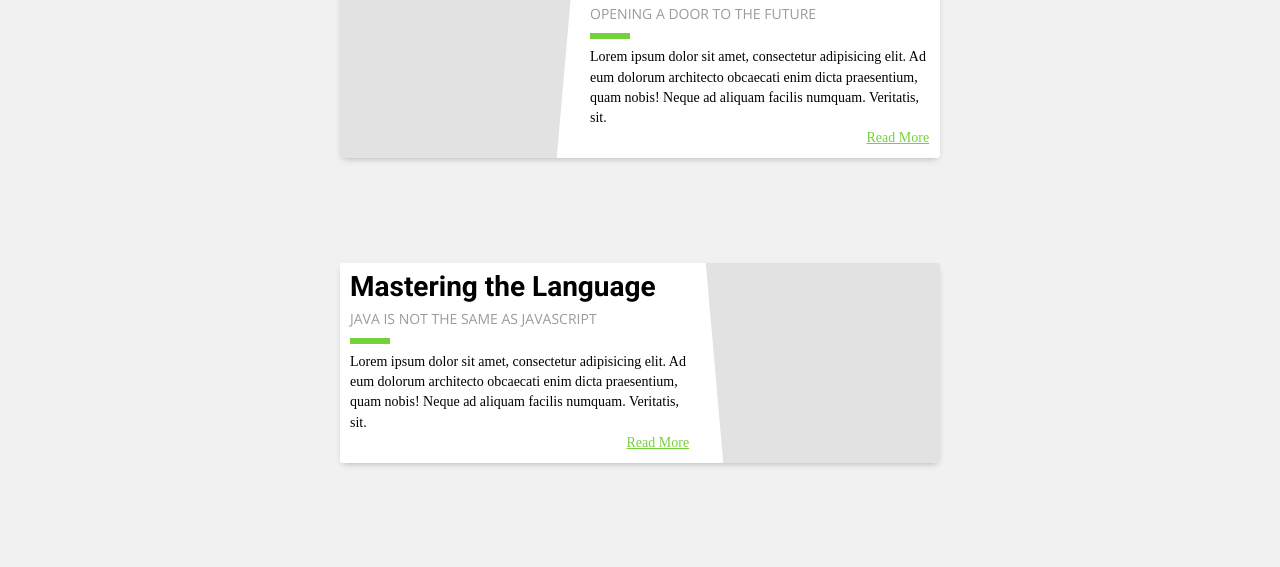
Repository: ChenGinsberg/BatyaLamed-site
Page: index.html
These files come from the project's save history. The page is drawn as it stood at one moment and after the next save; the edit follows.
The browser window is 1280 px wide. The pictures show the part of the page from y = 469 to 1226 px (the page is 1036 px tall before and 1226 px after).
Pictures or frames that could not be fetched are drawn as grey boxes. A picture or video elsewhere on the page could not be fetched, so the positions and the page height are approximate.

Above is the page before, as saved 2017-11-10 23:28:02.

### index.html
<!DOCTYPE html>
<html lang="en">

<head>
    <meta charset="UTF-8">
    <meta name="viewport" content="width=device-width, initial-scale=1.0">
    <meta http-equiv="X-UA-Compatible" content="ie=edge">
    <title>Batya</title>
    <script type="text/javascript" src="http://app.sliderui.com/sliders/zrkchs.js"></script>
</head>

<body lang="rtl">
    <!-- nav-bar -->
    <nav class="navbar-blue">
        <img src="image/batyaLogo.png" class="logo-nav">
        <img src="image/message.svg" class="nav-svg-icon">
        <img src="image/information.svg" class="nav-svg-icon">
        <img src="image/recommended.svg" class="nav-svg-icon">
        <img src="image/house.svg" class="nav-svg-icon">
        <br>
        <a class="nav-iconn">עמוד הבית</a>
        <a class="nav-iconn">המלצות</a>
        <a class="nav-iconn">מידע לנהג</a>
        <a class="nav-iconn">צור קשר</a>
    </nav>
    <!-- slider - somthing borrow the nav to be fixed -->
    <div class="container">
        <img class='photo' src="http://farm9.staticflickr.com/8320/8035372009_7075c719d9.jpg" alt="" />
        <img class='photo' src="http://farm9.staticflickr.com/8517/8562729616_35b1384aa1.jpg" alt="" />
        <img class='photo' src="http://farm9.staticflickr.com/8465/8113424031_72048dd887.jpg" alt="" />
        <img class='photo' src="http://farm9.staticflickr.com/8241/8562523343_9bb49b7b7b.jpg" alt="" />
    </div>
    <!-- infoBox -->
    <div class="blog-card">
        <div class="photo photo1"></div>
        <ul class="details">
            <li class="author">
                <a href="#">John Doe</a>
            </li>
            <li class="date">Aug. 24, 2015</li>
            <li class="tags">
                <ul>
                    <li>
                        <a href="#">Learn</a>
                    </li>
                    <li>
                        <a href="#">Code</a>
                    </li>
                    <li>
                        <a href="#">HTML</a>
                    </li>
                    <li>
                        <a href="#">CSS</a>
                    </li>
                </ul>
            </li>
        </ul>
        <div class="description">
            <h1>Learning to Code</h1>
            <h2>Opening a door to the future</h2>
            <p class="summary">Lorem ipsum dolor sit amet, consectetur adipisicing elit. Ad eum dolorum architecto obcaecati enim dicta praesentium,
                quam nobis! Neque ad aliquam facilis numquam. Veritatis, sit.</p>
            <a href="#">Read More</a>
        </div>
    </div>
    <div class="blog-card alt">
        <div class="photo photo2"></div>
        <ul class="details">
            <li class="author">
                <a href="#">Jane Doe</a>
            </li>
            <li class="date">July. 15, 2015</li>
            <li class="tags">
                <ul>
                    <li>
                        <a href="#">Learn</a>
                    </li>
                    <li>
                        <a href="#">Code</a>
                    </li>
                    <li>
                        <a href="#">JavaScript</a>
                    </li>
                </ul>
            </li>
        </ul>
        <div class="description">
            <h1>Mastering the Language</h1>
            <h2>Java is not the same as JavaScript</h2>
            <p class="summary">Lorem ipsum dolor sit amet, consectetur adipisicing elit. Ad eum dolorum architecto obcaecati enim dicta praesentium,
                quam nobis! Neque ad aliquam facilis numquam. Veritatis, sit.</p>
            <a href="#">Read More</a>
        </div>
    </div>
    <link rel="stylesheet" type="text/css" href="style/style.css">
    <link rel="stylesheet" type="text/css" href="style/nav.css">
    <link rel="stylesheet" type="text/css" href="style/slider.css">
    <link rel="stylesheet" type="text/css" href="style/infoBox.css">

</body>

</html>

### style/style.css
body {
    background-color: lightgray;
}


/* NAV */

.navbar-blue {
    background-color: #012231;
    min-height: 80px;
}

.logo-nav {
    height: 75px;
    position: absolute;
}

.nav-svg-icon {
    height: 25.6px;
    position: relative;
    left: 24.9%;
    margin: 3.6% 37px 10px 10px;
}

.nav-iconn {
    margin-right: 1%;
    font-family: "Open Sans Hebrew", "Helvetica Neue", Helvetica, Arial, sans-serif;
    color: white;
    position: relative;
    left: 24.6%;
    font-size: 0.83em;
    border-radius: 3px;
    transition: all 0.3s ease;
    padding-right: 5.5%;
    /* */
}

.nav-iconn:hover {
    background: red;
}

### style/nav.css
/* NAV */

.navbar-blue {
    background-color: #012231;
    min-height: 80px;
}

.logo-nav {
    height: 75px;
    position: absolute;
}

.nav-svg-icon {
    height: 25.6px;
    position: relative;
    left: 24.9%;
    margin: 3.6% 37px 10px 10px;
}

.nav-iconn {
    margin-right: 1%;
    font-family: "Open Sans Hebrew", "Helvetica Neue", Helvetica, Arial, sans-serif;
    color: white;
    position: relative;
    left: 24.6%;
    font-size: 0.83em;
    border-radius: 3px;
    transition: all 0.3s ease;
    padding-right: 5.5%;
    /* */
}

.nav-iconn:hover {
    background: red;
}

### style/slider.css
.container {
    margin: 16px auto;
    width: 93%;
    height: 250PX;
    overflow: hidden;
    /* border: 8px solid; */
    position: relative;
    box-shadow: 2px 7px 36px 0px #012231;
}

.photo {
    position: absolute;
    animation: round 16s infinite;
    opacity: 0;
    max-width: 100%;
}

@keyframes round {
    25% {
        opacity: 1;
    }
    40% {
        opacity: 0;
    }
}

img:nth-child(1) {
    animation-delay: 12s;
}

img:nth-child(2) {
    animation-delay: 8s;
}

img:nth-child(3) {
    animation-delay: 4s;
}

img:nth-child(4) {
    animation-delay: 0s;
}

\

### style/infoBox.css
@import url(https://fonts.googleapis.com/css?family=Open+Sans:400,700|Roboto:400,700);
body {
    background: #f1f1f1;
    margin: 2rem;
}

.blog-card {
    transition: height 0.3s ease;
    -webkit-transition: height 0.3s ease;
    background: #fff;
    border-radius: 3px;
    box-shadow: 0 3px 7px -3px rgba(0, 0, 0, 0.3);
    margin: 28px auto 8.6%;
    overflow: hidden;
    position: relative;
    font-size: 14px;
    line-height: 1.45em;
    -webkit-font-smoothing: antialiased;
    -moz-osx-font-smoothing: grayscale;
}

.blog-card:hover .details {
    left: 0;
}

.blog-card:hover.alt .details {
    right: 0;
}

.blog-card.alt .details {
    right: -100%;
    left: inherit;
}

.blog-card .photo {
    height: 200px;
    position: relative;
}

.blog-card .photo.photo1 {
    background: url("http://i62.tinypic.com/34oq4o0.jpg") center no-repeat;
    background-size: cover;
}

.blog-card .photo.photo2 {
    background: url("http://i60.tinypic.com/xeiv79.jpg") center no-repeat;
    background-size: cover;
}

.blog-card .details {
    transition: all 0.3s ease;
    -webkit-transition: all 0.3s ease;
    background: rgba(0, 0, 0, 0.6);
    box-sizing: border-box;
    color: #fff;
    font-family: "Open Sans";
    list-style: none;
    margin: 0;
    padding: 10px 15px;
    height: 200px;
    /*POSITION*/
    position: absolute;
    top: 0;
    left: -100%;
}

.blog-card .details>li {
    padding: 3px 0;
}

.blog-card .details li:before,
.blog-card .details .tags ul:before {
    font-family: FontAwesome;
    margin-right: 10px;
    vertical-align: middle;
}

.blog-card .details .author:before {
    content: "\f007";
}

.blog-card .details .date:before {
    content: "\f133";
}

.blog-card .details .tags ul {
    list-style: none;
    margin: 0;
    padding: 0;
}

.blog-card .details .tags ul:before {
    content: "\f02b";
}

.blog-card .details .tags li {
    display: inline-block;
    margin-right: 3px;
}

.blog-card .details a {
    color: inherit;
    border-bottom: 1px dotted;
}

.blog-card .details a:hover {
    color: #75D13B;
}

.blog-card .description {
    padding: 10px;
    box-sizing: border-box;
    position: relative;
}

.blog-card .description h1 {
    font-family: "Roboto";
    line-height: 1em;
    margin: 0 0 10px 0;
}

.blog-card .description h2 {
    color: #9b9b9b;
    font-family: "Open Sans";
    line-height: 1.2em;
    text-transform: uppercase;
    font-size: 1em;
    font-weight: 400;
    margin: 1.2% 0;
}

.blog-card .description p {
    position: relative;
    margin: 0;
    padding-top: 20px;
}

.blog-card .description p:after {
    content: "";
    background: #75D13B;
    height: 6px;
    width: 40px;
    /*POSITION*/
    position: absolute;
    top: 6px;
    left: 0;
}

.blog-card .description a {
    color: #75D13B;
    margin-bottom: 10px;
    float: right;
}

.blog-card .description a:after {
    transition: all 0.3s ease;
    -webkit-transition: all 0.3s ease;
    content: "\f061";
    font-family: FontAwesome;
    margin-left: -10px;
    opacity: 0;
    vertical-align: middle;
}

.blog-card .description a:hover:after {
    margin-left: 5px;
    opacity: 1;
}

@media screen and (min-width: 600px) {
    .blog-card {
        height: 200px;
        max-width: 600px;
    }
    .blog-card:hover .photo {
        -webkit-transform: rotate(5deg) scale(1.3);
        transform: rotate(5deg) scale(1.3);
    }
    .blog-card:hover.alt .photo {
        -webkit-transform: rotate(-5deg) scale(1.3);
        transform: rotate(-5deg) scale(1.3);
    }
    .blog-card.alt .details {
        padding-left: 30px;
    }
    .blog-card.alt .description {
        float: right;
    }
    .blog-card.alt .description:before {
        -webkit-transform: skewX(5deg);
        transform: skewX(5deg);
        right: -15px;
        left: inherit;
    }
    .blog-card.alt .photo {
        float: right;
    }
    .blog-card .photo {
        transition: all 0.5s ease;
        -webkit-transition: all 0.5s ease;
        float: left;
        height: 100%;
        width: 40%;
    }
    .blog-card .details {
        width: 40%;
    }
    .blog-card .description {
        float: left;
        width: 60%;
        z-index: 0;
    }
    .blog-card .description:before {
        -webkit-transform: skewX(-5deg);
        transform: skewX(-5deg);
        content: "";
        background: #fff;
        width: 100%;
        z-index: -1;
        /*POSITION*/
        position: absolute;
        left: -15px;
        top: 0;
        bottom: 0;
    }
}

After the next save:
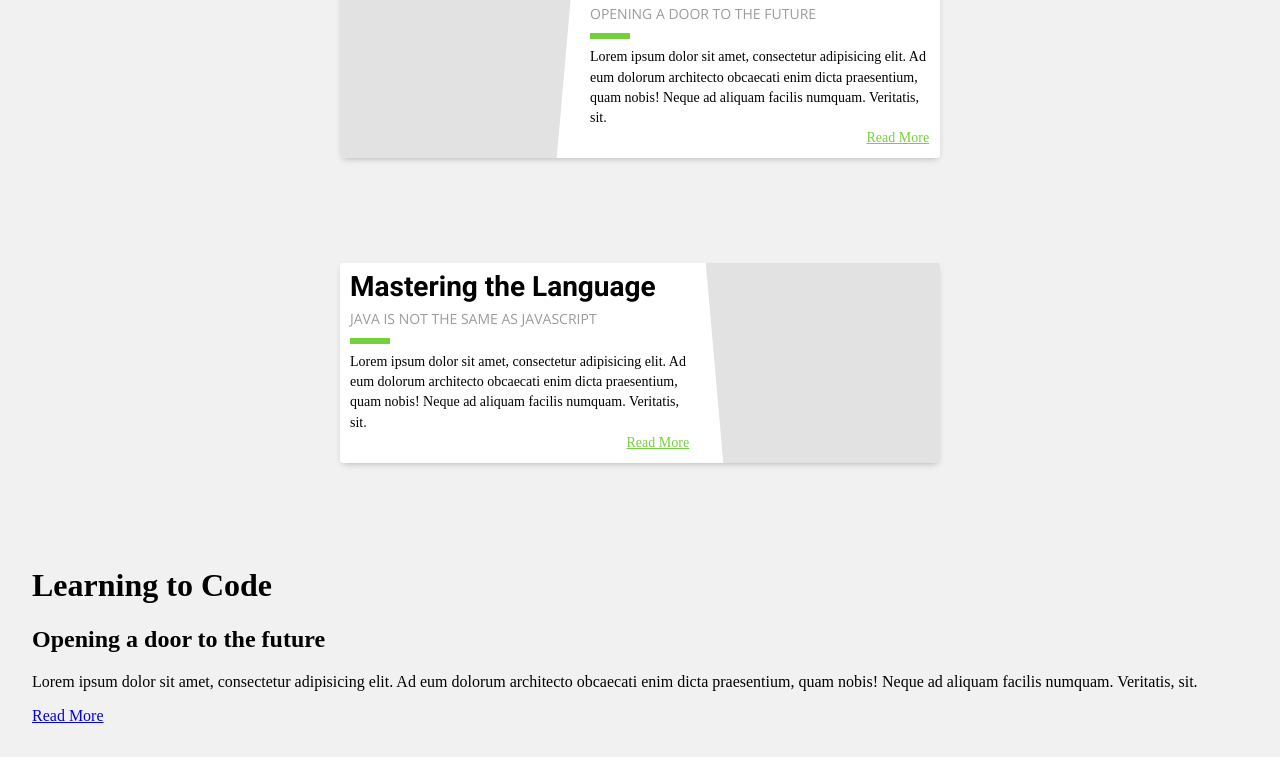
Saved 48 s later.
--- a/index.html
+++ b/index.html
@@ -92,6 +92,14 @@
             <a href="#">Read More</a>
         </div>
     </div>
+    <div class="description">
+        <h1>Learning to Code</h1>
+        <h2>Opening a door to the future</h2>
+        <p class="summary">Lorem ipsum dolor sit amet, consectetur adipisicing elit. Ad eum dolorum architecto obcaecati enim dicta praesentium,
+            quam nobis! Neque ad aliquam facilis numquam. Veritatis, sit.</p>
+        <a href="#">Read More</a>
+    </div>
+    </div>
     <link rel="stylesheet" type="text/css" href="style/style.css">
     <link rel="stylesheet" type="text/css" href="style/nav.css">
     <link rel="stylesheet" type="text/css" href="style/slider.css">

After the 2 saves that followed:
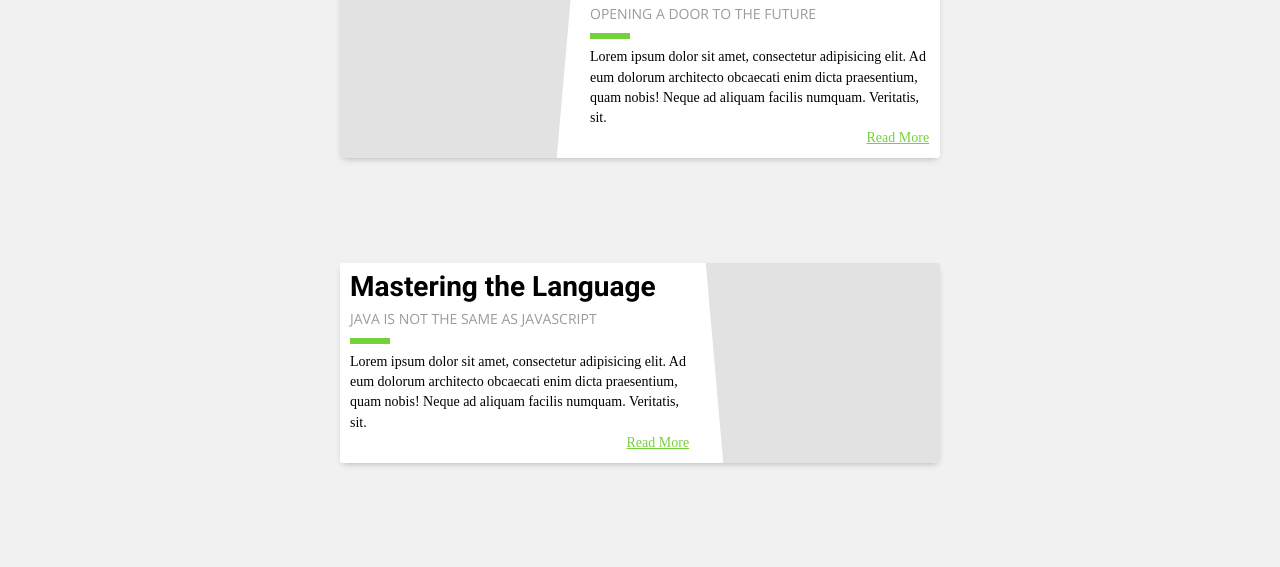
The 2 saves are shown as one change because 1 left the picture as it was.
The last was saved 76 s later.
--- a/index.html
+++ b/index.html
@@ -92,14 +92,7 @@
             <a href="#">Read More</a>
         </div>
     </div>
-    <div class="description">
-        <h1>Learning to Code</h1>
-        <h2>Opening a door to the future</h2>
-        <p class="summary">Lorem ipsum dolor sit amet, consectetur adipisicing elit. Ad eum dolorum architecto obcaecati enim dicta praesentium,
-            quam nobis! Neque ad aliquam facilis numquam. Veritatis, sit.</p>
-        <a href="#">Read More</a>
-    </div>
-    </div>
+
     <link rel="stylesheet" type="text/css" href="style/style.css">
     <link rel="stylesheet" type="text/css" href="style/nav.css">
     <link rel="stylesheet" type="text/css" href="style/slider.css">
